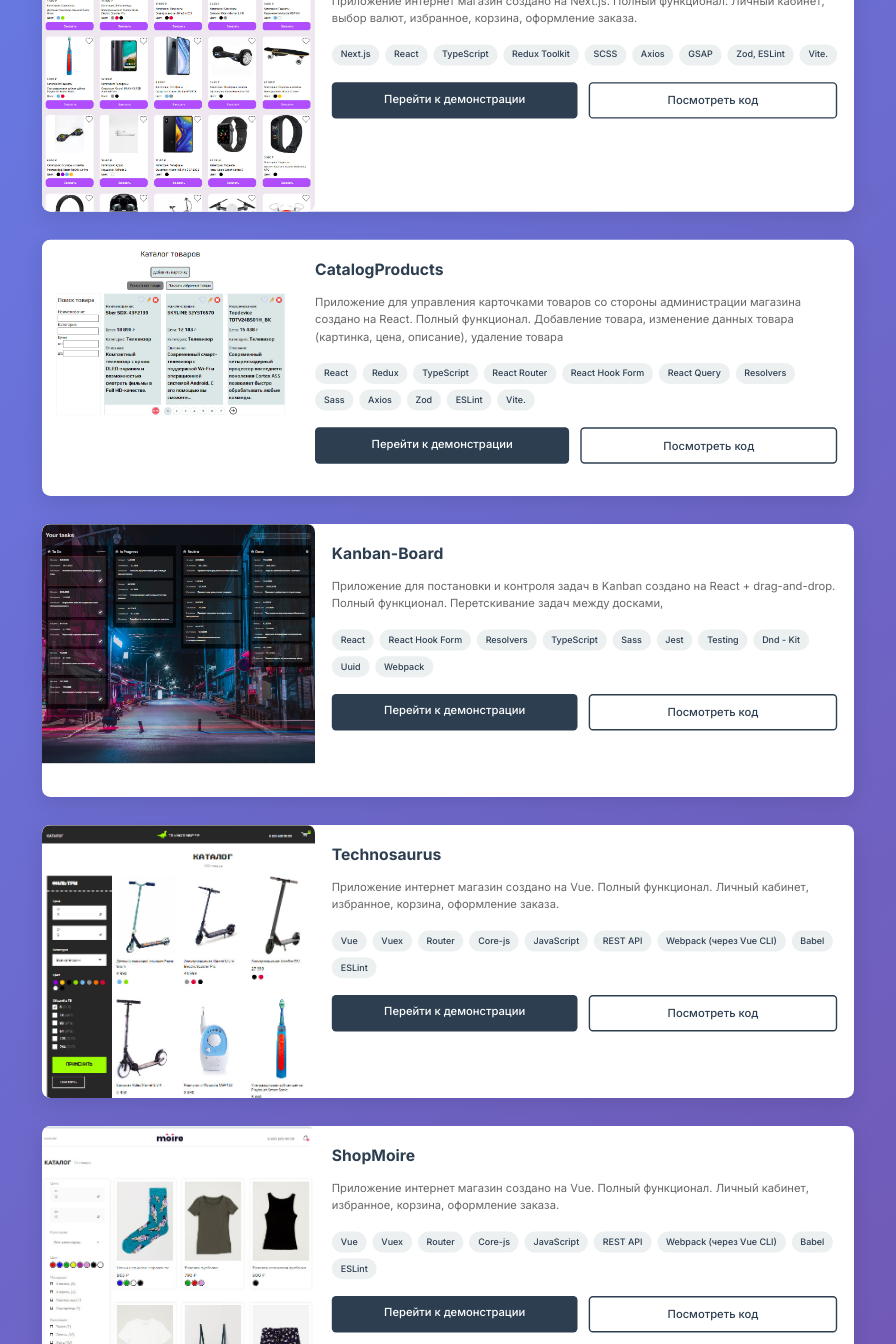
Repository: RostislavZeberg/resume-app
Page: /
These files come from the project's save history. The page is drawn as it stood at one moment and after the next save; the edit follows.
The browser window is 1280 px wide. The pictures show the part of the page from y = 689 to 2609 px (the page is 6719 px tall), at 70% of full size.
The project was rebuilt for these pictures with package versions that can differ from the ones it lists, and the page was loaded fresh each time. The framework's server and built-in components were replaced by stand-ins that run in the browser. Also part of the build but not shown: next.config.ts.

Above is the page before, as saved 2025-09-21 16:30:44.

After the next save:
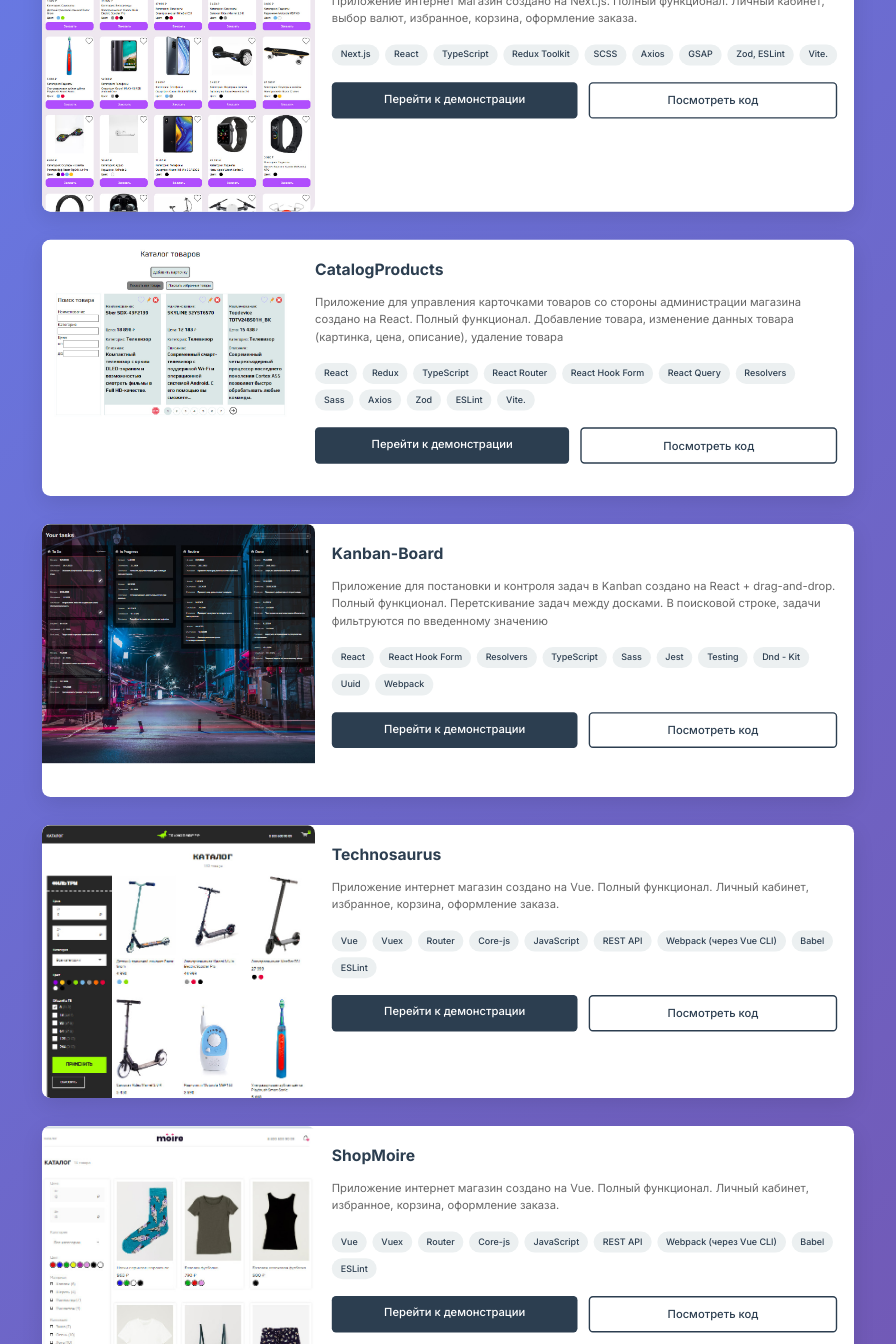
Saved 16 min 31 s later.
--- a/info/projects.ts
+++ b/info/projects.ts
@@ -23,7 +23,7 @@ export const projects = [
   },
   {
     name: 'Kanban-Board',
-    description: 'Приложение для постановки и контроля задач в Kanban создано на React + drag-and-drop. Полный функционал. Перетскивание задач между досками, ',
+    description: 'Приложение для постановки и контроля задач в Kanban создано на React + drag-and-drop. Полный функционал. Перетскивание задач между досками. В поисковой строке, задачи фильтруются по введенному значению',
     demoLink: 'https://rostislavzeberg.github.io/kanban-board',
     codeLink: 'https://github.com/RostislavZeberg/kanban-board',
     technologies: ['React', 'React Hook Form', 'Resolvers', 'TypeScript', 'Sass', 'Jest', 'Testing', 'Dnd - Kit', 'Uuid', 'Webpack']
